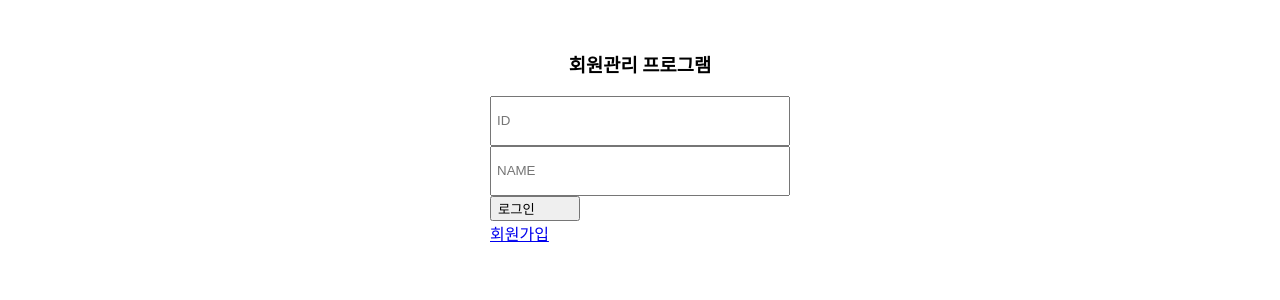
Repository: goatmxj67/ServerProgram1
Page: http://localhost/ServerProgram1/login.jsp
The author's editor kept a copy of each file at every save. The page is drawn from the files as they stood at one save, then again after the next save.
The browser window is 1280 px wide. The pictures show the whole page.
The page is served by Tomcat 9. Other server files are loaded and not shown.

Above is the page before, as saved 2021-06-14 07:41:23.
Console error: ReferenceError: $ is not defined

### ServerProgram1/WebContent/login.jsp
<%@ page language="java" contentType="text/html; charset=UTF-8"
    pageEncoding="UTF-8"%>

<% request.setCharacterEncoding("utf-8"); %>

<style>
	.login_form {
		width: 300px;
		margin: 50px auto;
	}
	h3 {
		text-align: center;
	}
	#f input {
		padding: 5px;
		width: 100%;
		height: 50px;
	}
	button, a {
		width: 30%;
		display: flex;
		justify-content: space-between;
	}
	#f button:hover {
		cursor: pointer;
	}
</style>
<script>
	$(document).ready(function(){
		const f = $('#f');
		const id = $('#id');
		const name = $('#name');
		f.submit(function(event){
			if (id.val() == '') {
				alert('아이디와 이름은 필수입니다.');
				id.focus();
				event.preventDefault();
				return false;
			}
			else if (name.val() == '') {
				alert('아이디와 이름은 필수입니다.');
				name.focus();
				event.preventDefault();
				return false;
			}
		})
	})
</script>

<div class="login_form">
	<h3>회원관리 프로그램</h3>
	<form action="/ServerProgram1/login.do" id="f" method="post">
		<input type="text" name="id" id="id" placeholder="ID"><br>
		<input type="text" name="name" id="name" placeholder="NAME"><br>
		<button>로그인</button><a href="join.do">회원가입</a>
	</form>
</div>

After the next save:
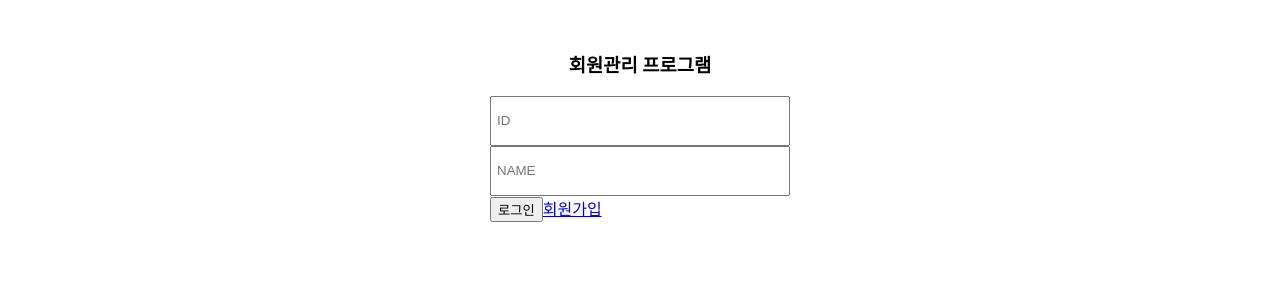
Saved 16 s later.
--- a/ServerProgram1/WebContent/login.jsp
+++ b/ServerProgram1/WebContent/login.jsp
@@ -15,11 +15,6 @@
 		padding: 5px;
 		width: 100%;
 		height: 50px;
-	}
-	button, a {
-		width: 30%;
-		display: flex;
-		justify-content: space-between;
 	}
 	#f button:hover {
 		cursor: pointer;
